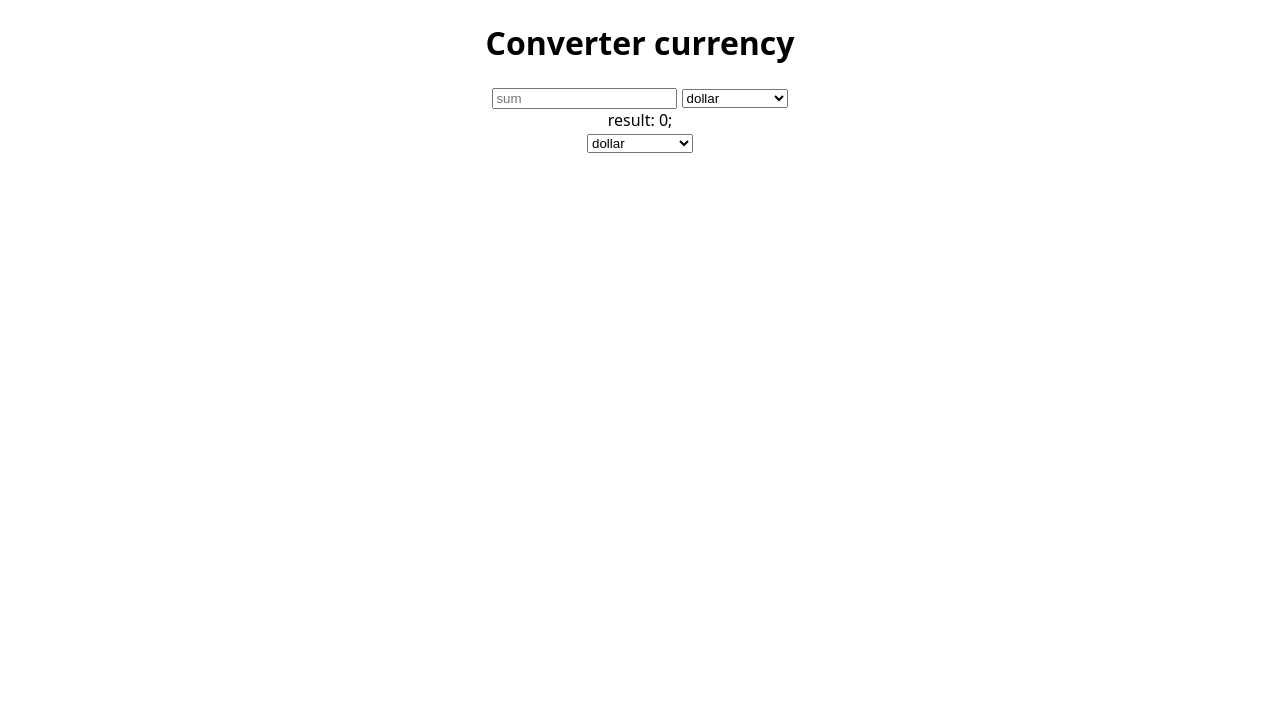
Repository: qtqqrdy13/converter_currerncy
Page: index.html
The author's editor kept a copy of each file at every save. The page is drawn from the files as they stood at one save, then again after the next save.
The browser window is 1280 px wide. The pictures show the whole page.

Above is the page before, as saved 2023-10-30 14:22:28.

### index.html
<!DOCTYPE html>
<html lang="en">
<head>
    <meta charset="UTF-8">
    <meta name="viewport" content="width=device-width, initial-scale=1.0">
    <title>Document</title>
    <link rel="stylesheet" href="style.css">
</head>
<body>
    <h1>Converter currency</h1>
    <div class="converter">
        <div class="input">
            <input type="number" id="amount" placeholder="sum">
            <select name="" id="from_currency">
                <option value="usd">dollar</option>
                <option value="euro">euro</option>
                <option value="uah">grivna</option>
                <option value="zl">zloty</option>
                <option value="gbp">pound sterling</option>
            </select>

        </div>
        <div class="output">
            <div id="result">
                result: 0;
            </div>
            <select name="" id="to_currency">
                <option value="usd">dollar</option>
                <option value="euro">euro</option>
                <option value="uah">grivna</option>
                <option value="zl">zloty</option>
                <option value="gbp">pound sterling</option>
            </select>


        </div>
    </div>
    <script src="script.js"></script>

</body>
</html>

### style.css
body{
    font-family: system-ui, -apple-system, BlinkMacSystemFont, 'Segoe UI', Roboto, Oxygen, Ubuntu, Cantarell, 'Open Sans', 'Helvetica Neue', sans-serif;
    text-align: center;
    background: linear-gradient(to bottom, green, red,);
}

Loaded but not shown: script.js (no copy from this time; the picture is the same without it)

After the next save:
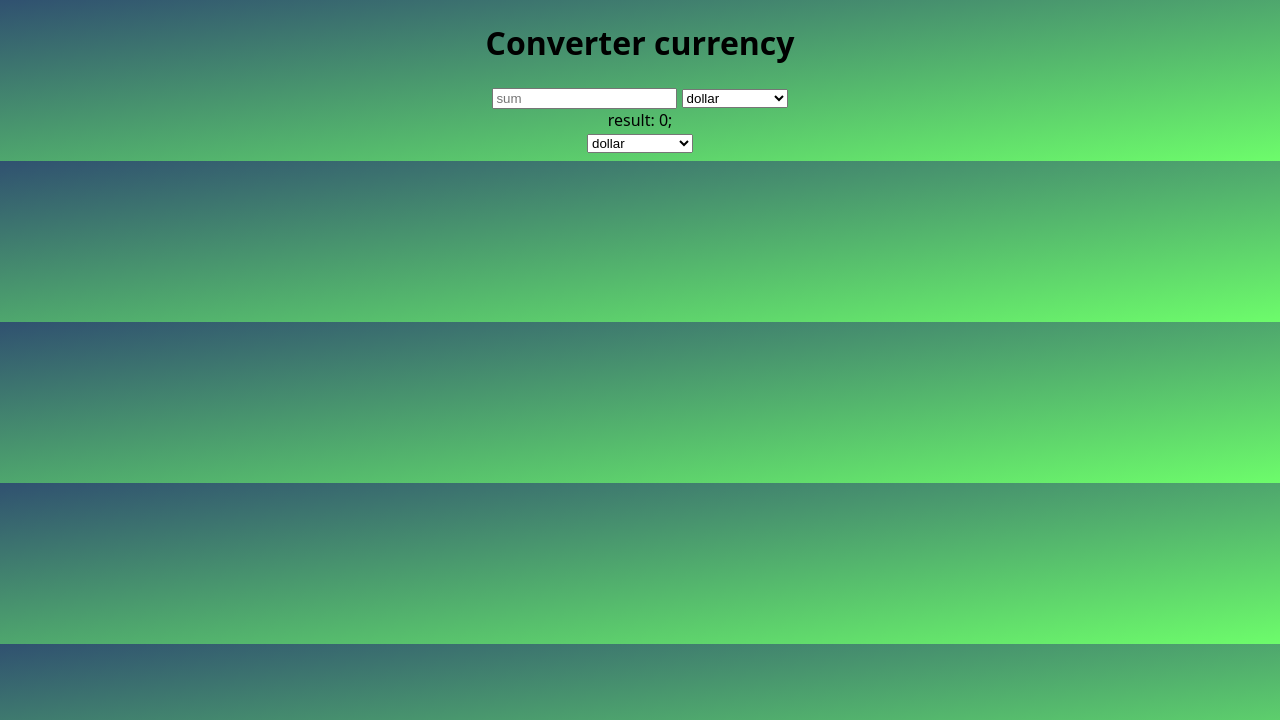
Saved 45 s later.
--- a/style.css
+++ b/style.css
@@ -1,5 +1,6 @@
 body{
     font-family: system-ui, -apple-system, BlinkMacSystemFont, 'Segoe UI', Roboto, Oxygen, Ubuntu, Cantarell, 'Open Sans', 'Helvetica Neue', sans-serif;
     text-align: center;
-    background: linear-gradient(to bottom, green, red,);
+    background-image: linear-gradient(to bottom right, #305170, #6DFC6B);
+
 }
